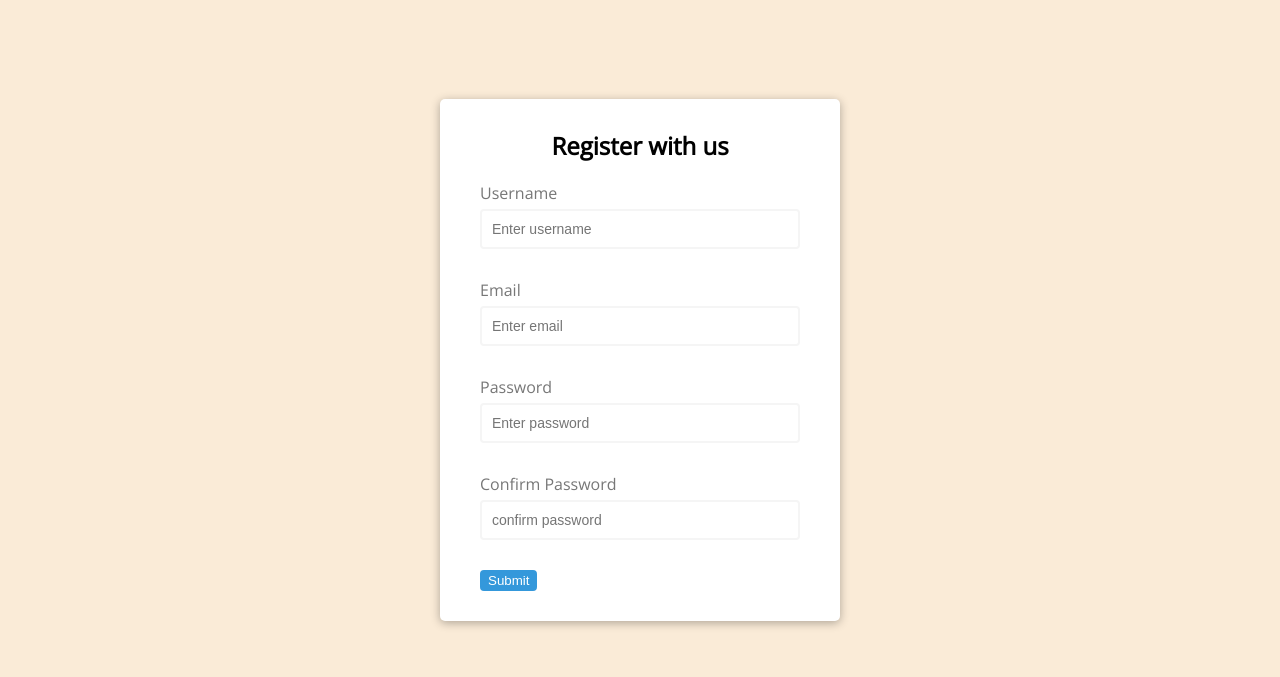
Repository: Azariagmt/Vanilla-javascript
Page: Form-Validator/index.html
An editor plug-in stored every save of this project. The page is shown before and after a run of saves, followed by the edit.
The browser window is 1280 px wide. The pictures show the whole page.

Above is the page before, as saved 2020-04-20 09:57:44.

### Form-Validator/index.html
<!DOCTYPE html>
<!--[if lt IE 7]>      <html class="no-js lt-ie9 lt-ie8 lt-ie7"> <![endif]-->
<!--[if IE 7]>         <html class="no-js lt-ie9 lt-ie8"> <![endif]-->
<!--[if IE 8]>         <html class="no-js lt-ie9"> <![endif]-->
<!--[if gt IE 8]><!--> <html class="no-js"> <!--<![endif]-->
    <head>
        <meta charset="utf-8">
        <meta http-equiv="X-UA-Compatible" content="IE=edge">
        <title>Form Validator</title>
        <meta name="description" content="">
        <meta name="viewport" content="width=device-width, initial-scale=1">
        <link rel="stylesheet" href="style.css">
    </head>
    <body>
        <!--[if lt IE 7]>
            <p class="browsehappy">You are using an <strong>outdated</strong> browser. Please <a href="#">upgrade your browser</a> to improve your experience.</p>
        <![endif]-->

        <div class="container">
            <form action="" id="form" class="form">
                <h2> Register with us   </h2>
                <div class="form-control">
                    <label for="username">Username</label>
                    <input type="text" id="username" placeholder="Enter username">
                    <small> Error message</small>
                </div>
                <div class="form-control">
                    <label for="email">Email</label>
                    <input type="text" id="email" placeholder="Enter email">
                    <small> Error message</small>
                </div>
                <div class="form-control">
                    <label for="password">Password</label>
                    <input type="password" id="password" placeholder="Enter password">
                    <small> Error message</small>
                </div>
                <div class="form-control">
                    <label for="confirm">Confirm Password</label>
                    <input type="password" id="confirm" placeholder="confirm password">
                    <small> Error message</small>
                </div>
                <button>Submit</button>
            </form>
        </div>
        <script src="script.js" async defer></script>
    </body>
</html>

### Form-Validator/style.css
@import url('https://fonts.googleapis.com/css2?family=Open+Sans:wght@300&display=swap');

*{
    box-sizing: border-box;
}

body{
    background-color: antiquewhite;
    font-family: 'Open Sans', sans-serif;
    display: flex;
    align-items: center;
    justify-content: center;
    min-height: 100vh;
    margin: 0;
}

.container{
    background-color:white;
    border-radius: 5px;
    box-shadow: 0 2px 10px rgba(0, 0, 0, .3);
    width: 400px;
}

h2{
    text-align: center;
    margin: 0 0 20px;
}

.form{
    padding: 30px 40px;
}

.form-control{
    margin-bottom: 10px;
    padding-bottom: 20px;
    position: relative;
}

.form-control label{
    color:#777;
    display: block;
    margin-bottom: 5px;
}

.form-control input{
    border: 2px solid whitesmoke;
    border-radius: 4px;
    display: block;
    width: 100%;
    padding: 10px;
    font-size: 14px;
}

.form-control.success input{
    border-color: #2ecc2e;
}

.form-control.error input{
    border-color: #ee7744;
}

.form-control small{
    color: red;
    position: absolute;
    bottom:0;
    left:0;
    visibility: hidden;
}

.form-control.error small{
    visibility: visible;
}

.form button{
    cursor: pointer;
    background-color: #3498db;
    border: 2px solid #3498db;
    border-radius:4px;
    color:white;
    display: block;
}

Loaded but not shown: Form-Validator/script.js (no copy from this time; the picture is the same without it)

After the next 9 saves:
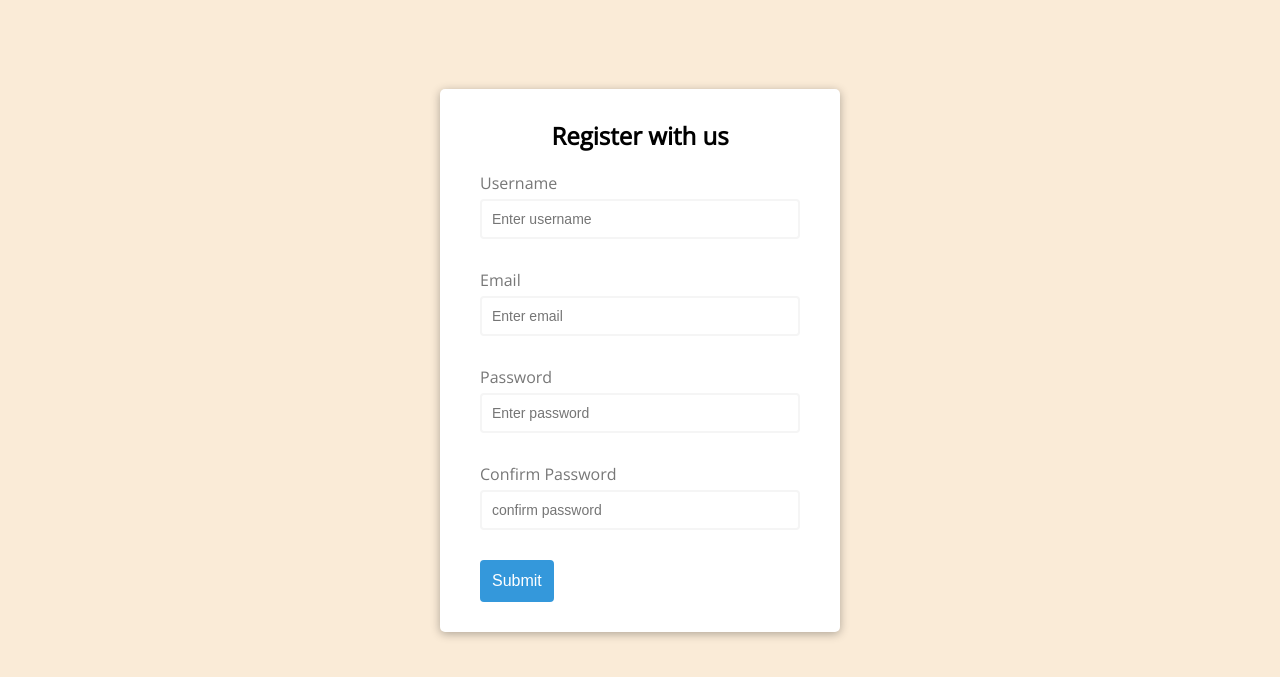
The 9 saves are shown as one change because they came seconds apart.
The last was saved 23 s later.
--- a/Form-Validator/style.css
+++ b/Form-Validator/style.css
@@ -78,4 +78,7 @@ h2{
     border-radius:4px;
     color:white;
     display: block;
+    font-size: 16px;
+    padding: 10px;
+    margin-top: ;
 }
